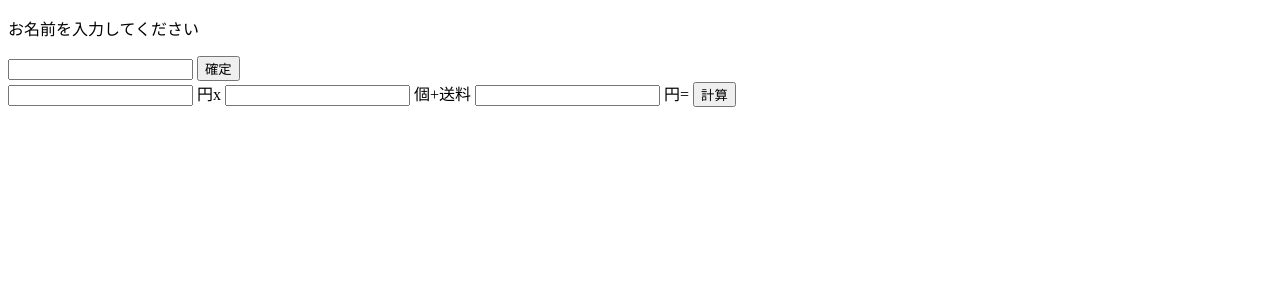
Repository: Kazuho-Komagamine/test
Page: http://localhost/HelloJSP/
An editor plug-in stored every save of this project. The page is shown before and after the next save, followed by the edit.
The browser window is 1280 px wide. The pictures show the whole page.
The page is served by Tomcat 9.

Above is the page before, as saved 2018-06-21 01:10:16.

After the next save:
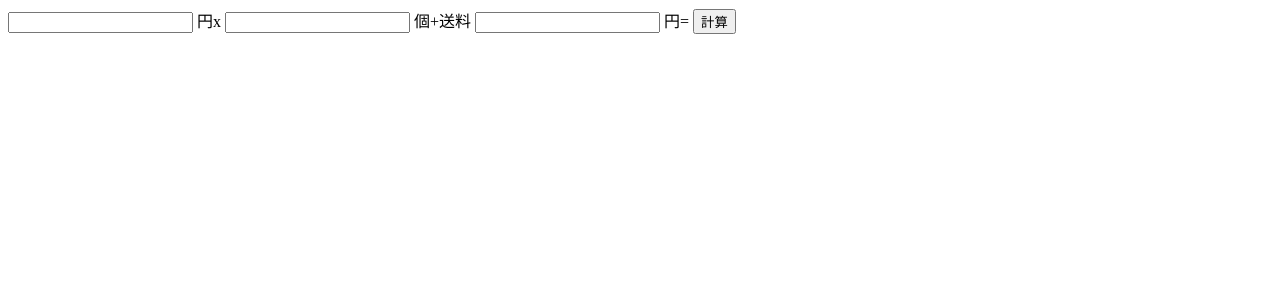
Saved 30 s later.
--- a/HelloJSP/WebContent/index.jsp
+++ b/HelloJSP/WebContent/index.jsp
@@ -7,11 +7,6 @@
         <title>Insert title here</title>
     </head>
 <body>
-    <p>お名前を入力してください</p>
-    <form method="post" action="greeting-out.jsp">
-    <input type="text" name="user">
-    <input type="submit" value="確定">
-    </form>
 
     <form method="post" action="total-out.jsp">
     <input type="text" name="price">
